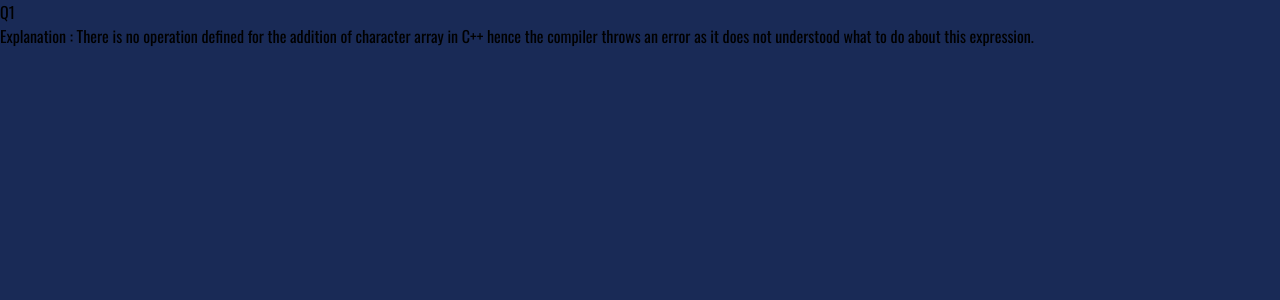
Repository: abdelrahmanahmed20021/Quiz-Platform
Page: info.html
The author's editor kept a copy of each file at every save. The page is drawn from the files as they stood at one save, then again after the next save.
The browser window is 1280 px wide. The pictures show the whole page.

Above is the page before, as saved 2023-01-11 18:03:34.

### info.html
<!DOCTYPE html>
<html lang="en">

    <head>
        <!-- ======== Meta =========== -->
        <meta charset="UTF-8">
        <meta http-equiv="X-UA-Compatible" content="IE=edge">
        <meta name="viewport" content="width=device-width, initial-scale=1.0">
        <title>Question || Platform</title>
        <!-- ======== Links =========== -->
        <link rel="stylesheet" href="./styles/index.css">
        <link rel="stylesheet" href="./styles/responsive.css">
        <!-- ======== Links =========== -->
    </head>

    <body>
       <ul>
         <li>Q1</li>
         <li>Explanation :  There is no operation defined for the addition of character array in C++ hence the compiler throws an error as it does not understood what to do about this expression.</li>
       </ul>
    </body>
</html>

### styles/index.css
/* ========= Import || Font ||  ========= */
@import url('https://fonts.googleapis.com/css2?family=Oswald:wght@200;300;400;500;600;700&display=swap');
/* ========= Import || Font ||  ========= */




/* ========= Set || Variables ||  ========= */
:root {
    --mainColor: #192a56;
    --primaryColor: #273c75;
    --lightColor: #00a8ff;
    --greenColor: #e1b12c;
    --redColor: #487eb0;
    --mainFont: 'Oswald', sans-serif;
    --mainPadding: 40px;
    --primaryPadding: 20px;
    --mainFontSize: 1.2rem;
    --primaryFontSize: .72rem;
    --mainFontWigth: 500;
    --primaryFontWigth: 700;
}

/* ========= Set || Variables ||  ========= */




/* ========= Golbal || Styles ||  ========= */
*>*,
*::after,
*::before {
    padding: 0;
    margin: 0;
    box-sizing: border-box;
    transition: all .5s ease-in-out;
    user-select: none;
    user-zoom: none;
    -webkit-user-drag: none;
}

body {
    background-color: var(--mainColor);
    font-family: var(--mainFont);
}

.flex {
    display: flex;
    align-items: center;
    justify-content: center;
}

.box {
    height: 50%;
}

.border {
    border: 2px solid var(--lightColor);
    border-radius: 10px;
}

.hover:hover {
    background-color: var(--lightColor) !important;
    color: var(--primaryColor) !important;
}

.hover_min_width:active {
    background-color: var(--lightColor) !important;
    color: var(--primaryColor) !important;
}

::-webkit-scrollbar {
    width: 5px;
}

::-webkit-scrollbar-thumb {
    background-color: var(--greenColor);
    border-radius: 10px;
}

/* ========= Golbal || Styles ||  ========= */



/* ========= Main || ElE || Styles ||  ========= */
body>section {
    display: flex;
    height: 100vh;
    padding: 30px;
}

body>section .container_1 {
    width: 70%;
    height: 100%;
}

body>section .container_2 {
    width: 30%;
    height: 100%;
    overflow: hidden;
}

body>section .container_1 .start_btn {
    height: 35%;
    gap: 30px;
}

/* ========= Main || ElE || Styles ||  ========= */

/* ========= Audio || Styles ||  ========= */

body>section>.audio_cotroll {
    position: relative;
}

body>section>.audio_cotroll img {
    top: 0;
    left: 0;
    cursor: pointer;
    position: absolute;
    width: 0;
    height: 0;
    opacity: 0;
}

body>section>.audio_cotroll .active {
    opacity: 1;
    z-index: 100;
    width: auto;
    height: auto;
}

/* ========= Audio || Styles ||  ========= */


/* ========= Container || One || Styles ||  ========= */
body>section .container_1 .start_btn button {
    padding: var(--primaryPadding);
    width: 200px;
    border: 0;
    outline: 0;
    border-radius: 10px;
    font-size: var(--mainFontSize);
    background-color: var(--primaryColor);
    color: var(--lightColor);
    cursor: pointer;
    font-weight: var(--mainFontWigth);
}
body>section .container_1 .start_btn button:hover{
    background-color: var(--lightColor);
    color: var(--mainColor);
}
body>section .container_1 .quest_content {
    height: 65%;
    padding: var(--mainPadding) var(--primaryPadding);
}

body>section .container_1 .quest_content .quset_cont {
    position: relative;
    height: 50%;
    font-size: var(--mainFontSize);
    color: var(--lightColor);
    background-color: transparent;
    padding: 90px;
}
body > #poper_img{
    background-color: #466bdb46;
    backdrop-filter: blur(10px);
    position: fixed;
    top: 0;
    bottom: 0;
    left: 0;
    right: 0;
    z-index: 1000;
    display: flex;
    justify-content: center;
    align-items: center;
}

@media screen and (max-width:675px){
    body > #poper_img img{
        width: 85%;
    }
}

@media screen and (min-width:676px) and (max-width:976px){
    body > #poper_img img{
        width: 90%;
    }
}
body > #poper_img span{
    position: absolute;
    top: 20px;
    left: 20px;
    font-size: 2rem;
    cursor: pointer;
    font-weight: bold;
    font-family: sans-serif;
    color: #e1b12c;
}
body>section .container_1 .quest_index {
    padding: 2px 10px;
    font-size: 16px;
    color: var(--lightColor);
}

body>section .container_1 .quest_content .answers {
    width: 100%;
    justify-content: center;
    flex-wrap: wrap;
}

body>section .container_1 .quest_content .answers span {
    width: 46%;
    margin: 5px;
    min-height: 40px;
    text-align: center;
    padding: 5px 0;
    cursor: pointer;
    color: var(--lightColor);
}


/* ========= Container || One || Styles ||  ========= */




/* ========= Container || Two || Styles ||  ========= */
body>section .container_2 .quest_index_num {
    justify-content: space-between;
    flex-direction: column-reverse;
    min-height: 68%;
    max-height: 68%;
    padding-bottom: 400px;
    margin-bottom: 30px;
    overflow: auto;
}


body>section .container_2 .quest_index_num p {
    display: block;
    width: 100%;
    text-align: center;
    color: var(--primaryColor);
}

body>section .container_2 .quest_index_num .correct_answer {
    background-color: transparent !important;
    color: var(--greenColor) !important;
}

body>section .container_2 .quest_index_num .falsey_answer {
    background-color: transparent !important;
    color: var(--primaryColor) !important;
}

body>section .container_2 .icons_helper {
    justify-content: space-evenly;
    height: 20%;
}

body>section .container_2 .icons_helper .remove_2 {
    width: 80px;
    height: 80px;
    cursor: pointer;
    color: var(--lightColor);
}

body>section .container_2 .icons_helper .google {
    cursor: pointer;
    width: 80px;
    height: 80px;
}

/* ========= Container || Two || Styles ||  ========= */

/* ========= Actives || Class || Styles ||  ========= */
.active_point_quest {
    color: var(--lightColor) !important;
    font-weight: var(--primaryFontWigth);
    font-size: var(--mainFontSize);
}

.falsey_answer {
    background-color: var(--redColor) !important;
    color: var(--lightColor) !important;
}
.falsey_answer_p{
    color: red !important;
}
.correct_answer {
    background-color: var(--greenColor) !important;
    color: var(--lightColor) !important;
}

.hidde_animate_btn {
    transform: scale(0);
    width: 0;
}
.poper_appender{
    color: #00a8ff;
}
.hide_poper{
    display: none !important;
}
.description_hidde{
    display: none;
}
/* ========= Actives || Class || Styles ||  ========= */

### styles/responsive.css
/* ===========  Tablets || Sizes  =============== */
/* =============== Sm ================ */
@media screen and (min-width:360px) and (max-width:960px) {
    :root {
        --mainPadding: 20px;
        --primaryPadding: 10px;
        --mainFontSize: 1rem;
        --mainFontWigth: 400;
        --primaryFontWigth: 500;
    }

    body>section {
        flex-direction: column;
        padding: 20px 10px;
    }

    body>section .container_1 {
        width: 100%;
        height: 70%;

    }

    body>section .container_1 .start_btn {
        height: 20%;
    }

    body>section .container_2 {
        width: 100%;
        height: 30%;
    }

    body>section .container_2 .quest_index_num {
        min-height: 58%;
        max-height: 58%;
        padding-bottom: 0;
        padding-left: 400px;
    }

    body>section .container_2 .icons_helper {
        justify-content: space-between;
    }

    body>section .container_1 .quest_content .quset_cont {
        padding: 40px;
    }

    body>section .container_1 .quest_content .answers span {
        font-size: var(--primaryFontSize);
        font-weight: var(--primaryFontWigth);
    }

    body>section .container_2 .icons_helper .remove_2 {
        width: 60px;
        height: 60px;
    }

    body>section .container_2 .icons_helper .google {
        width: 60px;
        height: 60px;
    }

}

/* =============== Sm ================ */
/* ===========  Tablets || Sizes  =============== */

After the next save:
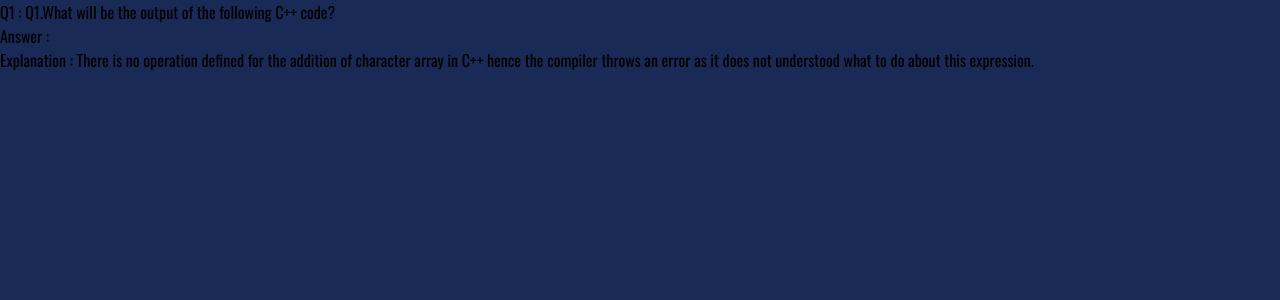
Saved 32 s later.
--- a/info.html
+++ b/info.html
@@ -15,7 +15,8 @@
 
     <body>
        <ul>
-         <li>Q1</li>
+         <li>Q1 : Q1.What will be the output of the following C++ code?</li>
+         <li>Answer : </li>
          <li>Explanation :  There is no operation defined for the addition of character array in C++ hence the compiler throws an error as it does not understood what to do about this expression.</li>
        </ul>
     </body>
